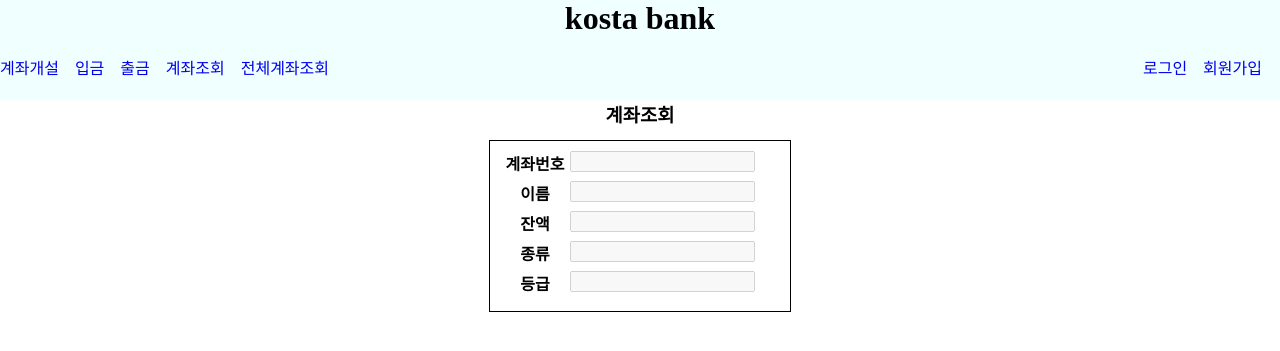
Repository: serendipity63/Springboot-workspace
Page: http://localhost/bankboot/WEB-INF/views/accountinfo.jsp
These files come from the project's save history. The page is drawn as it stood at one moment and after the next save; the edit follows.
The browser window is 1280 px wide. The pictures show the whole page.
The page is served by Tomcat 9. Nobody is signed in. Other server files are loaded and not shown. The template is opened directly, without the code that normally fills it, so the values that code supplies are empty.

Above is the page before, as saved 2023-11-09 03:36:42.

### bankboot/src/main/webapp/WEB-INF/views/accountinfo.jsp
<%@ page language="java" contentType="text/html; charset=UTF-8"
	pageEncoding="UTF-8"%>
<%@ taglib prefix="c" uri="http://java.sun.com/jsp/jstl/core" %>

<%-- <%@ page import="dto.Account"%>
<%
	Account acc = (Account) request.getAttribute("acc");
%> --%>
<!DOCTYPE html>
<html>
<head>
<meta charset="UTF-8">
<title>Insert title here</title>
<style>
body {
	margin: 0 auto;
}

.container {
	padding: 10px;
	border: 1px solid;
	width: 280px;
}

.header {
	height: 40px;
}

.row {
	height: 30px;
}

.title {
	width: 70px;
	float: left;
	font-weight: bold;
}

.input {
	float: left;
}

input[type='submit'] {
	font-weight: bold;
	width: 120px;
	background-color: lightgrey;
}
</style>
</head>
<body>
<jsp:include page="header.jsp"/>
<%-- <% pageContext.include("header.jsp"); %>
 --%>
	<center>
		<div class="header">
			<h3>계좌조회</h3>
		</div>
		<div class="container" id='result'>
			<div class="row">
				<div class="title">계좌번호</div>
				<div class="input">
					<input type="text" name="id" id='id' disabled value= "${acc.id }">
				</div>
			</div>
			<div class="row">
				<div class="title">이름</div>
				<div class="input">
					<input type="text" name="name" id='name' disabled value= "${acc.name }" >

				</div>
			</div>
			<div class="row">
				<div class="title">잔액</div>
				<div class="input">
					<input type="text" name="money" id='money' disabled value= "${acc.balance }" >
				</div>
			</div>
			<div class="row">
				<div class="title">종류</div>
				<div class="input">
					<input type="text" name="type" id='type' disabled value="${acc.type }">
				</div>
			</div>
			<div class="row">
				<div class="title">등급</div>
				<div class="input">
					<input type="text" name="grade" id='grade' disabled value="${acc.grade }">
				</div>
			</div>
		</div>
	</center>
</body>
</html>

### bankboot/src/main/webapp/WEB-INF/views/header.jsp
<%@ page language="java" contentType="text/html; charset=UTF-8"
	pageEncoding="UTF-8"%>
<%@ taglib prefix="c" uri="http://java.sun.com/jsp/jstl/core"%>
<%@ page import="com.kosta.bank.dto.Member"%>
<%
Member member = (Member) session.getAttribute("member");
%>
<!DOCTYPE html>
<style>
* {
	margin: 0 auto;
}

a {
	text-decoration: none;
}

.outerDiv {
	width: 100%;
	height: 100px;
	background-color: #F0FFFF;
}
</style>
<div class="outerDiv">
	<h1 style="text-align: center;">kosta bank</h1><br>
	<div class="innerDiv">
		<div style="float: left; margin-right: 10px;">
			<a href="makeaccount">계좌개설 </a> &nbsp;&nbsp; <a href="deposit">입금
			</a> &nbsp;&nbsp; <a href="withdraw">출금 </a> &nbsp;&nbsp; <a
				href="accountinfo">계좌조회 </a> &nbsp;&nbsp; <a href="allaccountinfo">전체계좌조회
			</a>&nbsp;&nbsp;
		</div>
		<div style="float: right; margin-right: 10px;">

			<c:choose>
				<c:when test="${member eq Empty }">
					<a href="login">로그인</a> &nbsp;&nbsp;
				</c:when>
				<c:otherwise>
				${member.id }님 환영합니다&nbsp;&nbsp;<a href="logout">로그아웃</a>&nbsp;&nbsp;
			</c:otherwise>
			</c:choose>
			<a href="join">회원가입</a>&nbsp;&nbsp;
		</div>
	</div>
</div>

After the next save:
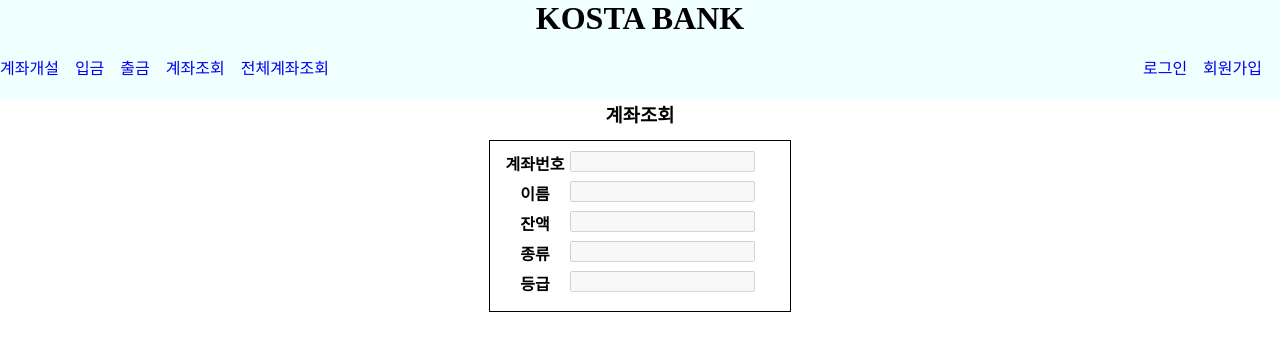
Saved 33 s later.
--- a/bankboot/src/main/webapp/WEB-INF/views/header.jsp
+++ b/bankboot/src/main/webapp/WEB-INF/views/header.jsp
@@ -22,7 +22,7 @@ a {
 }
 </style>
 <div class="outerDiv">
-	<h1 style="text-align: center;">kosta bank</h1><br>
+	<h1 style="text-align: center;">KOSTA BANK</h1><br>
 	<div class="innerDiv">
 		<div style="float: left; margin-right: 10px;">
 			<a href="makeaccount">계좌개설 </a> &nbsp;&nbsp; <a href="deposit">입금
